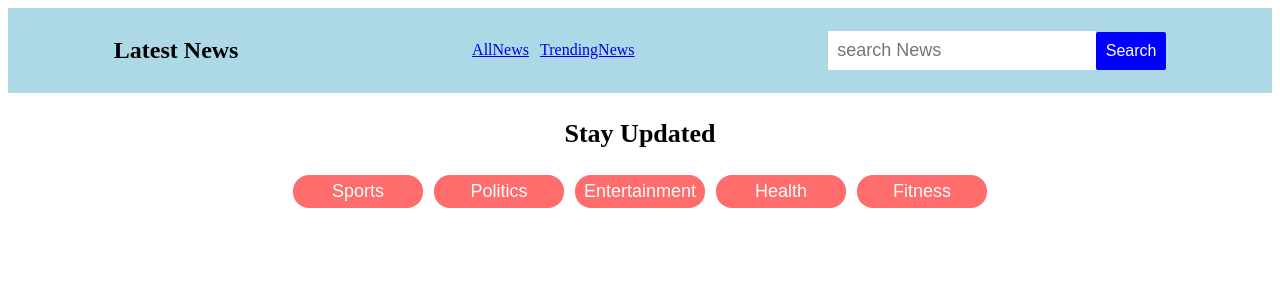
Repository: SeemaChaudharyy/newsApp
Page: /
These files come from the project's save history. The page is drawn as it stood at one moment and after the next save; the edit follows.
The browser window is 1280 px wide. The pictures show the whole page.
The page's requests for data from a server got no answer. The project was rebuilt for these pictures with package versions that can differ from the ones it lists, and the page was loaded fresh each time. No one was signed in, and anything a server would have sent is missing. Also part of the build but not shown: src/App.css, src/Components/Card.js.

Above is the page before, as saved 2024-08-20 23:59:46.

After the next save:
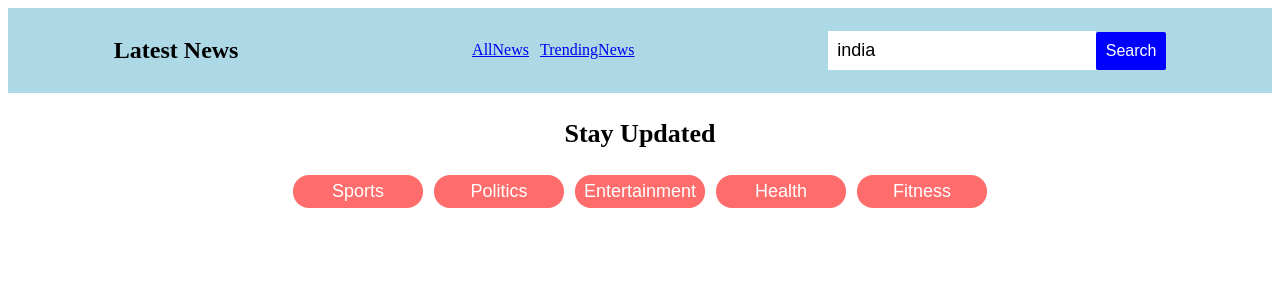
Saved 26 s later.
--- a/src/Components/NewsApp.js
+++ b/src/Components/NewsApp.js
@@ -37,7 +37,7 @@ const NewsApp = () => {
                 <a href="trending news">TrendingNews</a>
             </ul>
             <div className="searchBar">
-                <input type="text" placeholder="search News" onChange={handleInput} />
+                <input type="text" placeholder="search News" value={search} onChange={handleInput} />
                 <button onClick={getData}>Search</button>
             </div>
             </nav>
